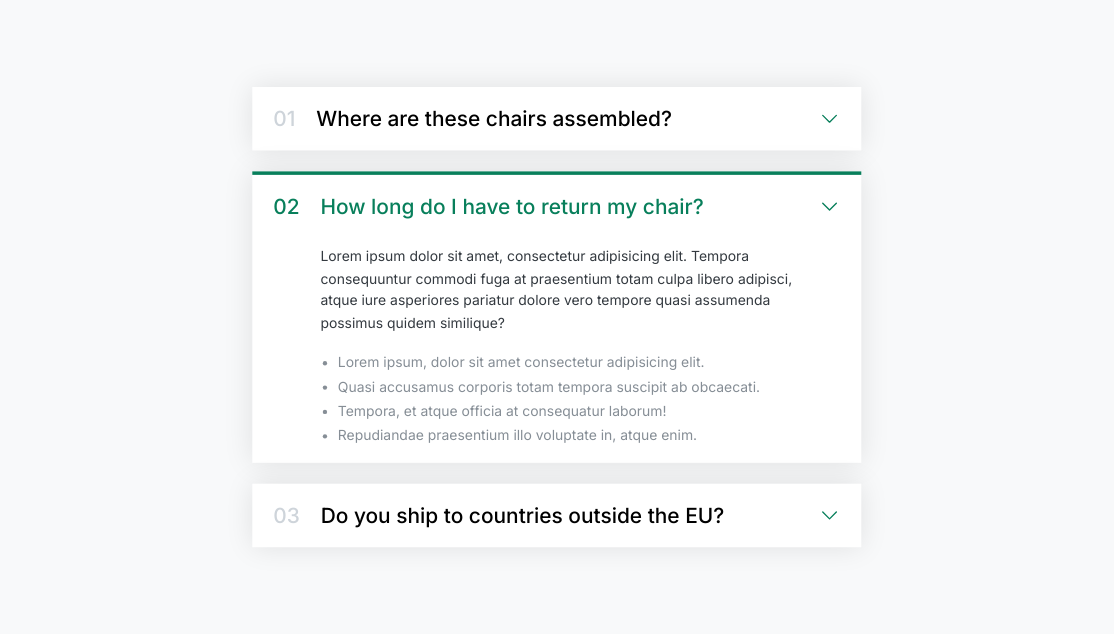
Repository: Ahmed123rezk123/06-Components
Page: accordion.html
These files come from the project's save history. The page is drawn as it stood at one moment and after the next save; the edit follows.
The browser window is 1280 px wide. The pictures show the whole page, at 87% of full size.

Above is the page before, as saved 2024-09-16 03:15:32.

After the next save:
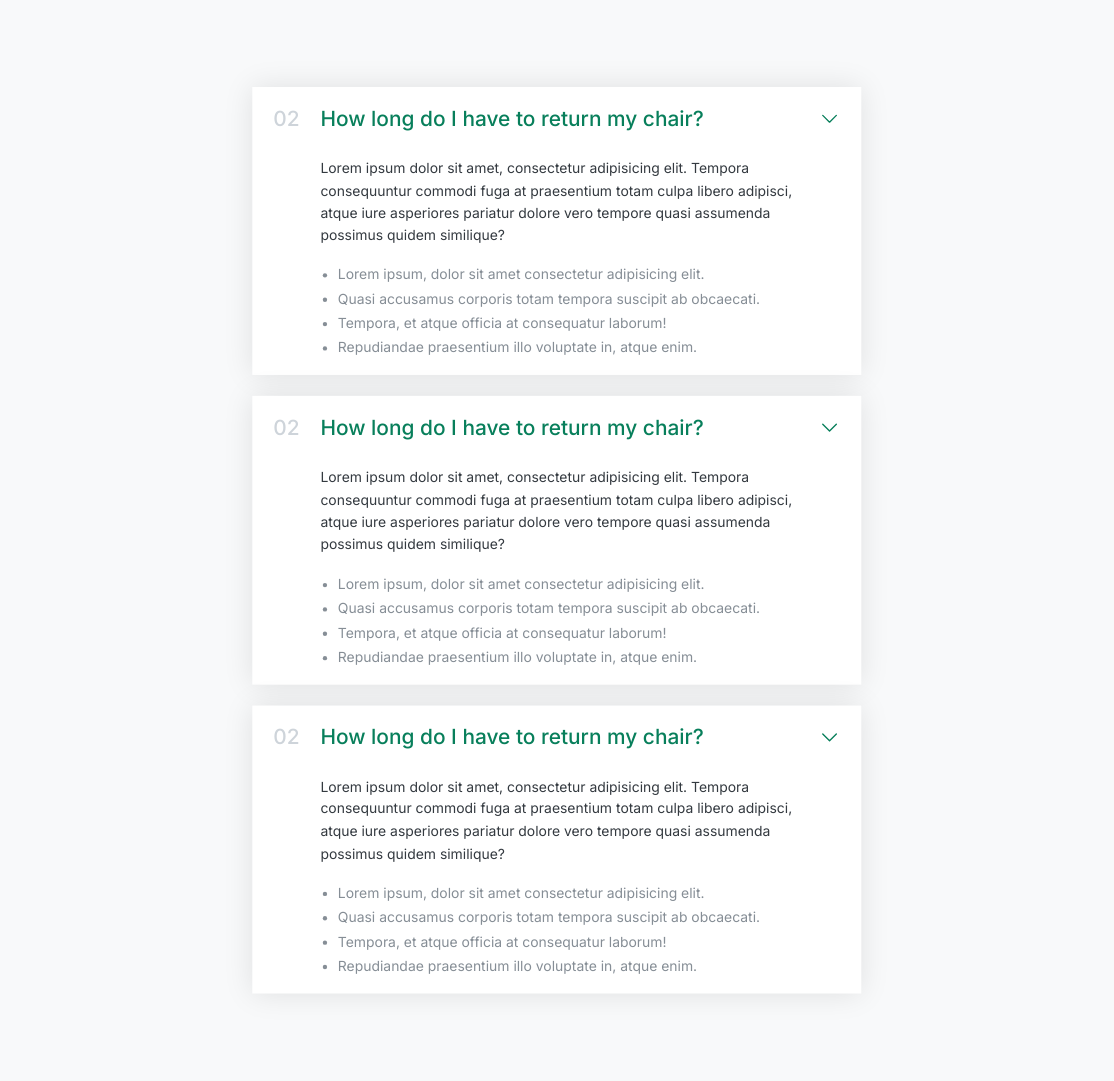
Saved 113 s later.
--- a/accordion.html
+++ b/accordion.html
@@ -14,25 +14,7 @@
   <body>
     <div class="accordion">
       <div class="item">
-        <p class="number">01</p>
-        <p class="text">Where are these chairs assembled?</p>
-        <svg
-          xmlns="http://www.w3.org/2000/svg"
-          fill="none"
-          viewBox="0 0 24 24"
-          stroke-width="1.5"
-          stroke="currentColor"
-          class="icon"
-        >
-          <path
-            stroke-linecap="round"
-            stroke-linejoin="round"
-            d="m19.5 8.25-7.5 7.5-7.5-7.5"
-          />
-        </svg>
-      </div>
-      <div class="item item2">
-        <p class="number num2">02</p>
+        <p class="number">02</p>
         <p class="text text2">How long do I have to return my chair?</p>
         <svg
           xmlns="http://www.w3.org/2000/svg"
@@ -65,16 +47,16 @@
           </ul>
         </div>
       </div>
-      <div class="item last">
-        <p class="number">03</p>
-        <p class="text">Do you ship to countries outside the EU?</p>
+      <div class="item">
+        <p class="number">02</p>
+        <p class="text text2">How long do I have to return my chair?</p>
         <svg
           xmlns="http://www.w3.org/2000/svg"
           fill="none"
           viewBox="0 0 24 24"
           stroke-width="1.5"
           stroke="currentColor"
-          class="icon"
+          class="icon icon2"
         >
           <path
             stroke-linecap="round"
@@ -82,6 +64,56 @@
             d="m19.5 8.25-7.5 7.5-7.5-7.5"
           />
         </svg>
+        <div class="hidden-box">
+          <p>
+            Lorem ipsum dolor sit amet, consectetur adipisicing elit. Tempora
+            consequuntur commodi fuga at praesentium totam culpa libero
+            adipisci, atque iure asperiores pariatur dolore vero tempore quasi
+            assumenda possimus quidem similique?
+          </p>
+          <ul>
+            <li>Lorem ipsum, dolor sit amet consectetur adipisicing elit.</li>
+            <li>
+              Quasi accusamus corporis totam tempora suscipit ab obcaecati.
+            </li>
+            <li>Tempora, et atque officia at consequatur laborum!</li>
+            <li>Repudiandae praesentium illo voluptate in, atque enim.</li>
+          </ul>
+        </div>
+      </div>
+      <div class="item">
+        <p class="number">02</p>
+        <p class="text text2">How long do I have to return my chair?</p>
+        <svg
+          xmlns="http://www.w3.org/2000/svg"
+          fill="none"
+          viewBox="0 0 24 24"
+          stroke-width="1.5"
+          stroke="currentColor"
+          class="icon icon2"
+        >
+          <path
+            stroke-linecap="round"
+            stroke-linejoin="round"
+            d="m19.5 8.25-7.5 7.5-7.5-7.5"
+          />
+        </svg>
+        <div class="hidden-box">
+          <p>
+            Lorem ipsum dolor sit amet, consectetur adipisicing elit. Tempora
+            consequuntur commodi fuga at praesentium totam culpa libero
+            adipisci, atque iure asperiores pariatur dolore vero tempore quasi
+            assumenda possimus quidem similique?
+          </p>
+          <ul>
+            <li>Lorem ipsum, dolor sit amet consectetur adipisicing elit.</li>
+            <li>
+              Quasi accusamus corporis totam tempora suscipit ab obcaecati.
+            </li>
+            <li>Tempora, et atque officia at consequatur laborum!</li>
+            <li>Repudiandae praesentium illo voluptate in, atque enim.</li>
+          </ul>
+        </div>
       </div>
     </div>
   </body>
